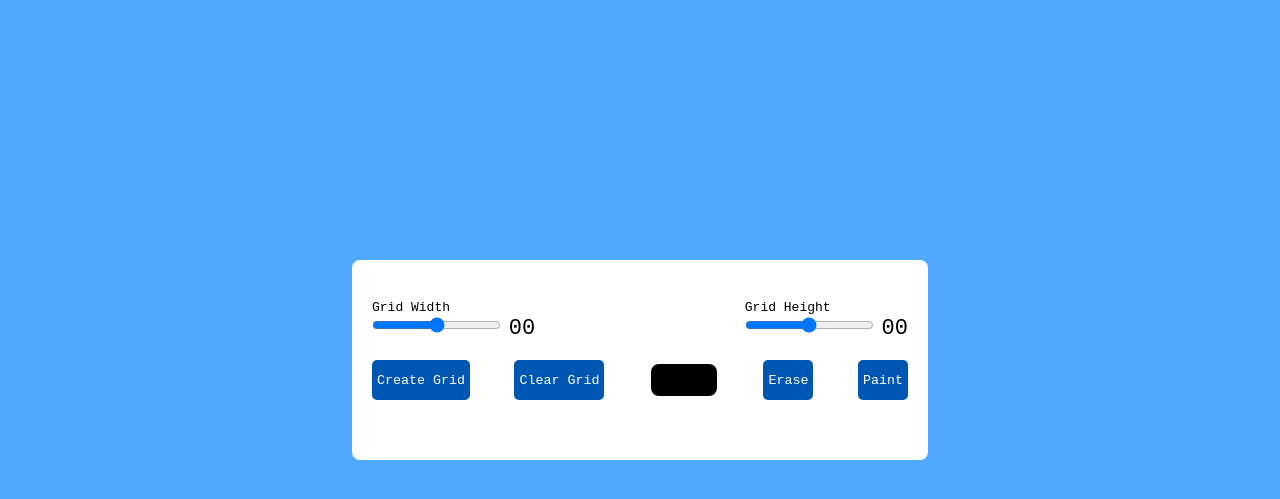
Repository: radisyah/Pixel_Art_Generator
Page: index.html
An editor plug-in stored every save of this project. The page is shown before and after the next save, followed by the edit.
The browser window is 1280 px wide. The pictures show the whole page.

Above is the page before, as saved 2024-11-20 12:43:57.

After the next save:
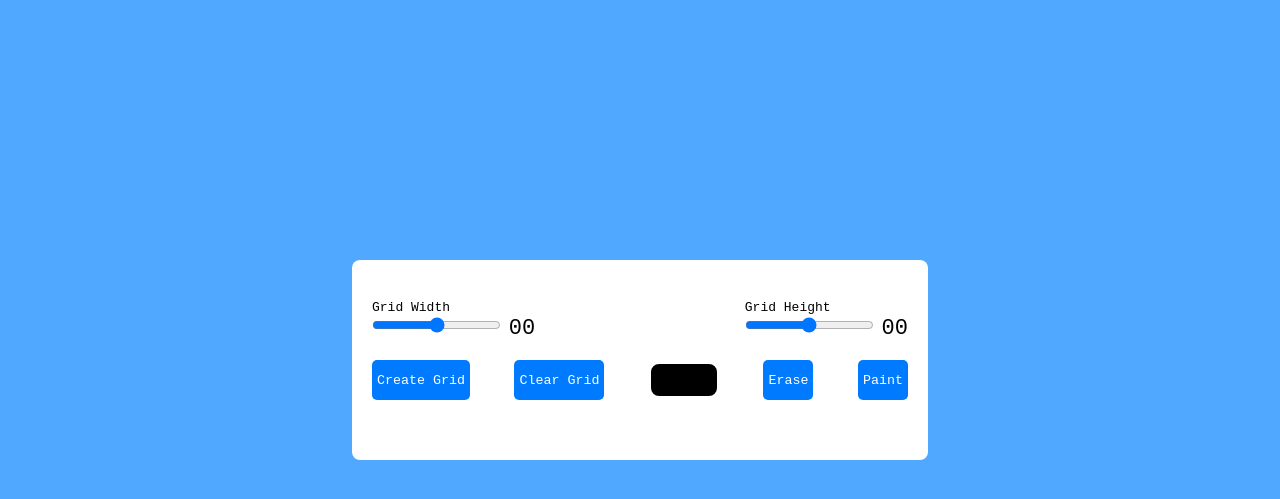
Saved 9 s later.
--- a/style.css
+++ b/style.css
@@ -38,7 +38,7 @@ span{
 }
 
 button{
-    background-color: #0056b3;
+    background-color: #007bff;
     border: 0;
     border-radius: 5px;
     padding: 5px;
